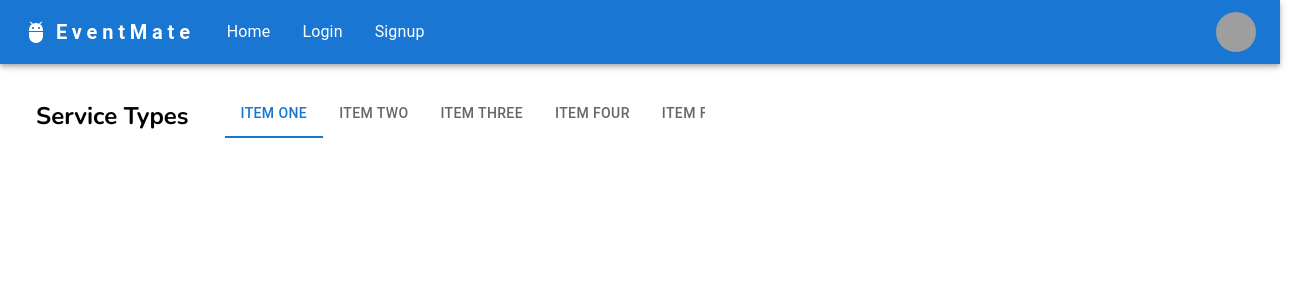
Repository: Farida-Yeasmin-Mim/EventMate_Frontend
Page: /filterpage
The author's editor kept a copy of each file at every save. The page is drawn from the files as they stood at one save, then again after the next save.
The browser window is 1280 px wide. The page is 1296 px wide, so the pictures cover 1296 px, including what lies to the right of the window. The pictures show the whole page.
Pictures or frames that could not be fetched are drawn as grey boxes. The page's requests for data from a server got no answer. The project was rebuilt for these pictures with package versions that can differ from the ones it lists, and the page was loaded fresh each time. No one was signed in, and anything a server would have sent is missing. Also part of the build but not shown: src/components/PostRequest.js, src/pages/auth/Login.js, src/components/seletionTextField/selectGender.js, src/pages/auth/Signup.js, src/components/vendor/RegVendor.js, src/components/offer.js, src/components/productcategories.js, src/components/icontabs.js and 15 more.

Above is the page before, as saved 2022-08-16 17:49:40.

### public/index.html
<!DOCTYPE html>
<html lang="en">
  <head>
    <meta charset="utf-8" />
    <link rel="icon" href="%PUBLIC_URL%/favicon.ico" />
    <meta name="viewport" content="width=device-width, initial-scale=1" />
    <meta name="theme-color" content="#000000" />
    <meta
      name="description"
      content="Web site created using create-react-app"
    />
    <link rel="apple-touch-icon" href="%PUBLIC_URL%/logo192.png" />

    <link href="https://fonts.googleapis.com/css2?family=Nunito:ital,wght@0,200;0,300;0,400;0,500;0,600;0,700;0,800;0,900;1,200;1,300;1,400;1,500;1,600;1,700;1,900&family=Raleway:ital,wght@0,100;0,200;0,300;0,400;0,500;0,600;0,700;0,800;0,900;1,100;1,200;1,300;1,400;1,500;1,600;1,700;1,800;1,900&display=swap"
    rel="stylesheet">

    <style>
      * {
        font-family: 'Nunito', sans-serif;
        margin: 0;
      }
    </style>

    <link rel="manifest" href="%PUBLIC_URL%/manifest.json" />

    <title>EventMate</title>
  </head>
  <body>
    <noscript>You need to enable JavaScript to run this app.</noscript>
    <div id="root"></div>

  </body>
</html>

### src/index.js
import React from 'react';
import ReactDOM from 'react-dom/client';
import './index.css';
import App from './App';
import reportWebVitals from './reportWebVitals';
import axios from 'axios';
import Context from './components/context/Context';

axios.defaults.baseURL = 'http://127.0.0.1:8000/api/'
// axios.defaults.baseURL = 'https://guarded-beach-16980.herokuapp.com/api/'
axios.defaults.headers.common['Authorization'] = 'Bearer ' + localStorage.getItem('token')

const root = ReactDOM.createRoot(document.getElementById('root'));
root.render(
  <React.StrictMode>
    <Context>
      <App />
    </Context>
  {/* <App/> */}
  </React.StrictMode>

);

// If you want to start measuring performance in your app, pass a function
// to log results (for example: reportWebVitals(console.log))
// or send to an analytics endpoint. Learn more: https://bit.ly/CRA-vitals
reportWebVitals();

### src/App.js
//import logo from './logo.svg';
import './App.css';
import Login from './pages/auth/Login';
import Signup from './pages/auth/Signup';
import Registration from './components/vendor/RegVendor';
import Offer from './components/Offer';
import ProductCategories from './components/productcategories';
import IconTabs from './components/icontabs';
//import DecorationCard from './components/cards/decoration';
import Services from './components/services';
import AddDecorationsForm from './pages/services/addDecorationsForm';
//import Home from './pages/Home';
import Navbar from './components/Navbar';
import Feed from './components/feed/Feed';
import Dashboard from './components/vendor/Dashboard';
import CreateEvent from './components/event/CreateEvent';
import OrderDetails from './components/event/OrderDetails';
import AppRouter from './components/AppRouter';
import FilterPage from './components/event/filter/FilterPage';
import Notification from './components/Notification';
import SearchBar from './components/event/filter/SearchBar';




function App() {
  return (
    <div className="App">
      {/*



      <Services></Services>
      <Offer></Offer>

      <Login></Login>
      <Signup></Signup>
      <Registration></Registration>
      <AddDecorationsForm></AddDecorationsForm> */}



    {/* <DecorationCard></DecorationCard>  */}
    {/* <ProductCategories></ProductCategories> */}
    {/* <Navbar/>   */}
    {/* <Home/> */}
    {/* <Feed/> */}
    {/* <Dashboard/> */}
    {/* <CreateEvent/> */}
    {/* <OrderDetails/> */}
    {/* <Home/> */}
    {/* <SearchBar/> */}

      {/* <AppRouter /> */}
      {/* */}
      {/* <IconTabs/> */}

      <Notification/>
      <AppRouter/>
      {/* <Home/>  */}
     {/* <FilterPage/> */}

    </div>
  );
}

export default App;

### src/components/context/Context.js
import React, { createContext, useContext, useReducer  } from 'react';
import { faker } from '@faker-js/faker';
import { cartReducer } from './Reducers';
import { dataList } from '../event/filter/constants';

const Cart = createContext();

function Context({children}) {
    // const products = [...Array(20)].map(() => ({
    //     id: faker.datatype.uuid(),
    //     name: faker.commerce.productName(),
    //     price: faker.commerce.price(),
    //     image: faker.image.fashion(),
    //     inStock: faker.helpers.arrayElement([0, 3, 5, 6, 7]),
    //     fastDelivery: faker.datatype.boolean(),
    //     ratings: faker.helpers.arrayElement([1, 2, 3, 4, 5]),
    //   }));
    const products = [...dataList];

      // console.log(products);
      const [state, dispatch] = useReducer(cartReducer, {
        products: products,
        cart: [],
      });


      return (
        <Cart.Provider value={{ state, dispatch }}>
          {children}
        </Cart.Provider>
      );
};

export const CartState = () => {
  return useContext(Cart);
};

export default Context;

### src/App.css
@import url('https://fonts.googleapis.com/css2?family=Raleway:ital,wght@0,100;0,200;0,300;0,400;0,500;0,600;0,700;0,800;0,900;1,100;1,200;1,300;1,400;1,500;1,600;1,700;1,800;1,900&display=swap');


*,
*::after,
*::before{
  margin: 0;
}

body{
  font-family: 'Raleway', sans-serif;
}

input{
  font-family: 'Raleway', sans-serif;
}

/* Chrome Safari and Opera */
/* scrollbar handle */
::-webkit-scrollbar{
  display: none;
}

body{
  -ms-overflow-style: none;   /*work on internet explorer and Edge*/
  scrollbar-width: none;      /*work on Firefox*/
}


.App-logo {
  height: 40vmin;
  pointer-events: none;
}

@media (prefers-reduced-motion: no-preference) {
  .App-logo {
    animation: App-logo-spin infinite 20s linear;
  }
}

.App-header {
  background-color: #282c34;
  min-height: 100vh;
  display: flex;
  flex-direction: column;
  align-items: center;
  justify-content: center;
  font-size: calc(10px + 2vmin);
  color: white;
}

.App-link {
  color: #61dafb;
}

@keyframes App-logo-spin {
  from {
    transform: rotate(0deg);
  }
  to {
    transform: rotate(360deg);
  }
}

### src/components/Navbar.js
import * as React from 'react';
import AppBar from '@mui/material/AppBar';
import Box from '@mui/material/Box';
import Toolbar from '@mui/material/Toolbar';
import IconButton from '@mui/material/IconButton';
import Typography from '@mui/material/Typography';
import Menu from '@mui/material/Menu';
import MenuIcon from '@mui/icons-material/Menu';
import Container from '@mui/material/Container';
import Avatar from '@mui/material/Avatar';
import Button from '@mui/material/Button';
import Tooltip from '@mui/material/Tooltip';
import MenuItem from '@mui/material/MenuItem';
import AdbIcon from '@mui/icons-material/Adb';
import { Link } from "react-router-dom";


// const pages = ['Home', 'About', 'Services', 'Contact Us', 'LogIn', 'SignUp'];
const settings = ['Profile', 'Account', 'Dashboard', 'Logout'];

const Navbar = () => {
  const [anchorElNav, setAnchorElNav] = React.useState(null);
  const [anchorElUser, setAnchorElUser] = React.useState(null);

  const handleOpenNavMenu = (event) => {
    setAnchorElNav(event.currentTarget);
  };
  const handleOpenUserMenu = (event) => {
    setAnchorElUser(event.currentTarget);
  };

  const handleCloseNavMenu = () => {
    setAnchorElNav(null);
  };

  const handleCloseUserMenu = () => {
    setAnchorElUser(null);
  };

  return (
    <AppBar position="static">
      <Container maxWidth="xl">
        <Toolbar disableGutters>
          <AdbIcon sx={{ display: { xs: 'none', md: 'flex' }, mr: 1 }} />


          {/* For Left side EventMate design */}
          <Typography
            variant="h6"
            noWrap
            component="a"
            href="/"
            sx={{
              mr: 2,
              display: { xs: 'none', md: 'flex' },
              fontWeight: 700,
              letterSpacing: '.3rem',
              color: 'inherit',
              textDecoration: 'none',
            }}
          >
            EventMate
          </Typography>

          <Box sx={{ flexGrow: 1, display: { xs: 'flex', md: 'none' } }}>
            <IconButton
              size="large"
              aria-label="account of current user"
              aria-controls="menu-appbar"
              aria-haspopup="true"
              onClick={handleOpenNavMenu}
              color='inherit'
            >
              <MenuIcon />
            </IconButton>


            <Menu
              id="menu-appbar"
              anchorEl={anchorElNav}
              anchorOrigin={{
                vertical: 'bottom',
                horizontal: 'left',
              }}
              keepMounted
              transformOrigin={{
                vertical: 'top',
                horizontal: 'left',
              }}
              open={Boolean(anchorElNav)}
              onClose={handleCloseNavMenu}
              sx={{
                display: { xs: 'block', md: 'none' },
              }}
            >

              {/* pages function for left bar */}
              {/* {pages.map((page) => (
                <MenuItem key={page} onClick={handleCloseNavMenu}>
                  <Typography textAlign="center">{page}</Typography>

                </MenuItem>
              ))} */}
              {/* <MenuItem><Link to="/">Home</Link></MenuItem>
              <MenuItem><Link to="/login">Login</Link></MenuItem>
              <MenuItem><Link to="/signup">Signup</Link></MenuItem> */}

            </Menu>
          </Box>


          {/* <AdbIcon sx={{ display: { xs: 'flex', md: 'none' }, mr: 1 }} />
          <Typography
            variant="h5"
            noWrap
            component="a"
            href=""
            sx={{
              mr: 2,
              display: { xs: 'flex', md: 'none' },
              flexGrow: 1,
              fontFamily: 'monospace',
              fontWeight: 700,
              letterSpacing: '.3rem',
              color: 'white',
              textDecoration: 'none',
            }}
          >
            EventMate
          </Typography> */}




           {/* left side pages button design */}
          {/* <Box sx={{ flexGrow: 1, display: { xs: 'none', md: 'flex' } }}>
            {pages.map((page) => (
              <Button
                key={page}
                onClick={handleCloseNavMenu}
                sx={{ my: 2, color: 'white', display: 'block' }}
              >
                {page}
              </Button>
            ))}
          </Box> */}
          {/* <Box sx={{ flexGrow: 1, display: { xs: 'none', md: 'flex' } }}>
              <Button
                key={page}
                onClick={handleCloseNavMenu}
                sx={{ my: 2, color: 'white', display: 'block' }}
              >


              </Button>
          </Box> */}

          <Box sx={{ flexGrow: 1, display: { xs: 'none', md: 'flex' } }}>
              <Link to="/" style={{ textDecoration: 'none', color: 'white', display: 'block', my: 2 }} ><MenuItem> Home</MenuItem></Link>
              <Link to="/login" style={{ textDecoration: 'none', color: 'white', display: 'block', my: 2 }}><MenuItem>Login</MenuItem></Link>
              <Link to="/signup" style={{ textDecoration: 'none', color: 'white', display: 'block', my: 2 }}><MenuItem>Signup</MenuItem></Link>
          </Box>



           {/* right side iconbar design*/}
          <Box sx={{ flexGrow: 0 }}>
            <Tooltip title="Open settings">
              <IconButton onClick={handleOpenUserMenu} sx={{ p: 0 }}>
                <Avatar alt="Remy Sharp" src="https://avatars.githubusercontent.com/u/76836136?s=400&u=6b029a033204aea30687591bedb424dcbfbea46a&v=4" />
              </IconButton>
            </Tooltip>


            <Menu
              sx={{ mt: '45px' }}
              id="menu-appbar"
              anchorEl={anchorElUser}
              anchorOrigin={{
                vertical: 'top',
                horizontal: 'right',
              }}
              keepMounted
              transformOrigin={{
                vertical: 'top',
                horizontal: 'right',
              }}
              open={Boolean(anchorElUser)}
              onClose={handleCloseUserMenu}
            >

              {/* settings function for right iconbar */}
              {/* {settings.map((setting) => (
                <MenuItem key={setting} onClick={handleCloseUserMenu}>
                  <Typography textAlign="center">{setting}</Typography>
                </MenuItem>
              ))} */}
              <Link to="/logout" style={{ textDecoration: 'none', color: 'gray', display: 'block', my: 2 }}><MenuItem><Typography textAlign="center">Logout</Typography></MenuItem></Link>

            </Menu>
          </Box>


        </Toolbar>
      </Container>
    </AppBar>
  );
};
export default Navbar;

### src/components/AppRouter.js
import React from 'react';
import { BrowserRouter as Router, Routes, Route } from "react-router-dom";
import Login from '../pages/auth/Login';
import Logout from '../pages/auth/Logout';
import Signup from '../pages/auth/Signup';
import Home from '../pages/Home';
import CreateEvent from './event/CreateEvent';
import OrderDetails from './event/OrderDetails';
import SelectServices from './event/SelectServices';
import Feed from './feed/Feed';
import Navbar from './Navbar';
import Dashboard from './vendor/Dashboard';
import Vendor_reg from './vendor/RegVendor';
import Offer from './Offer';
import ProductCategories from './productcategories';
import AddDecorationsForm from '../pages/services/addDecorationsForm';
import FilterPage from './event/filter/FilterPage';



function AppRouter(props) {
    return (
        <Router>

            <Navbar />
            <Routes>
                <Route path="/" exact element={<Home/>} />
                <Route path="/login" element={<Login/>} />
                <Route path="/logout" element={<Logout/>} />
                <Route path="/signup" element={<Signup/>} />
                <Route path="/feed" element={<Feed/>} />
                <Route path="/vendor_reg" element={<Vendor_reg/>} />
                <Route path="/vendor_dashboard" element={<Dashboard/>} />
                <Route path="/event_create" element={<CreateEvent/>} />
                <Route path="/productcategories" element={<ProductCategories/>} />
                <Route path="/select_services" element={<SelectServices/>} />
                <Route path="/Order_details" element={<OrderDetails/>} />
                <Route path="/Offer" element={<Offer/>} />
                <Route path="/addDecorationsForm" element={<AddDecorationsForm/>} />
                <Route path="/filterpage" element={<FilterPage/>} />

                {/* path="file name" element="file function" */}


            </Routes>

      </Router>
    );
}

export default AppRouter;

### src/components/event/filter/FilterPage.js
// import * as React from 'react';
// import Box from '@mui/material/Box';
// import Tab from '@mui/material/Tab';
// import TabContext from '@mui/lab/TabContext';
// import TabList from '@mui/lab/TabList';
// import TabPanel from '@mui/lab/TabPanel';

// export default function LabTabs() {
//     const [value, setValue] = React.useState('1');

//     const handleChange = (event, newValue) => {
//         setValue(newValue);
//     };

//     return (
//         <Box sx={{ width: '100%', typography: 'body1' }}>
//             <TabContext value={value}>
//                 <Box sx={{ borderBottom: 1, borderColor: 'divider' }}>
//                     <TabList onChange={handleChange} aria-label="lab API tabs example">
//                         <Tab label="Item One" value="1" />
//                         <Tab label="Item Two" value="2" />
//                         <Tab label="Item Three" value="3" />
//                     </TabList>
//                 </Box>
//                 <TabPanel value="1">Item One</TabPanel>
//                 <TabPanel value="2">Item Two</TabPanel>
//                 <TabPanel value="3">Item Three</TabPanel>
//             </TabContext>
//         </Box>
//     );
// }
import * as React from 'react';
import Tabs from '@mui/material/Tabs';
import Tab from '@mui/material/Tab';
import Box from '@mui/material/Box';
import { Grid } from '@mui/material';

export default function ScrollableTabsButtonAuto() {
    const [value, setValue] = React.useState(0);

    const handleChange = (event, newValue) => {
        setValue(newValue);
    };

    return (
        <Grid container spacing={2} style={{ background: '#fff', margin: '10px 0' }}>
            <Grid item>
                <h2 style={{ color: "#000", textAlign: "center", padding: "10px 20px", background: '#fff' }}>Service Types</h2>

            </Grid>
            <Grid item>

                <Box sx={{ maxWidth: { xs: 320, sm: 480 }, bgcolor: 'background.paper' }}>
                    <Tabs
                        value={value}
                        onChange={handleChange}
                        variant="scrollable"
                        scrollButtons="auto"
                        aria-label="scrollable auto tabs example"
                    >
                        <Tab label="Item One" />
                        <Tab label="Item Two" />
                        <Tab label="Item Three" />
                        <Tab label="Item Four" />
                        <Tab label="Item Five" />
                        <Tab label="Item Six" />
                        <Tab label="Item Seven" />
                    </Tabs>
                </Box>
            </Grid>

        </Grid>

    );
}

### src/components/Notification.js
import React from 'react';
import Pusher from "pusher-js"
import Echo from 'laravel-echo';

function Notification(props) {

    const options = {
        broadcaster: 'pusher',
        // key: config.pusher.key,
        key: "5b9c0add29710ce63a0d",
        cluster: "ap2",
        forceTLS: "false",
        //authEndpoint is your apiUrl + /broadcasting/auth
        authEndpoint: "http://127.0.0.1:8000/broadcasting/auth",
        // As I'm using JWT tokens, I need to manually set up the headers.
        auth: {
          headers: {
            Authorization: 'Bearer ' + localStorage.getItem('token'),
            Accept: 'application/json',
          },
        },
      };
    const userId = 2;
    const echo = new Echo(options);
    echo.private(`App.User.${userId}`).notification((data) => {
        console.log(data.comment.body);
        window.alert(data.comment.body);
    });
    return (
        <div>

        </div>
    );
}

export default Notification;

### src/components/context/Reducers.js
export const cartReducer = (state, action) => {

    switch (action.type) {
      case "ADD_TO_CART":
        return { ...state, cart: [...state.cart, { ...action.payload, qty: 1 }] };
      case "REMOVE_FROM_CART":
        return {
          ...state,
          cart: state.cart.filter((c) => c.id !== action.payload.id),
        };
      // case "CHANGE_CART_QTY":
      //   return {
      //     ...state,
      //     cart: state.cart.filter((c) =>
      //       c.id === action.payload.id ? (c.qty = action.payload.qty) : c.qty
      //     ),
      //   };
      default:
        return state;
    }
  };

### src/components/event/filter/constants.js
import nacho from "./images/dishes/nacho-burger.jpg";


// For Category List
export const categoryList = [
    {
      id: 1,
      value: 'decoration',
      label: '💫 Decoration',
    },

    {
      id: 2,
      value: 'catering',
      label: '🍕 Catering',
    },
  ];

  // For Rating List
  export const ratingList = [
    {
      id: 1,
      value: '1',
      label: '1🌟',
    },
    {
      id: 2,
      value: '2',
      label: '2🌟',
    },
    {
      id: 3,
      value: '3',
      label: '3🌟',
    },
    {
      id: 4,
      value: '4',
      label: '4🌟',
    },
    {
      id: 5,
      value: '5',
      label: '5🌟',
    },
  ];


  // For side List
  export const dataList = [

    /*For Decoration*/
    {
      id: 1,
      title: 'Wedding Decoration 1',
      serviceTime: '7 days',
      deliveryFee: 3.44,
      category: 'decoration',
      decoration: 'Wedding',
      rating: 5,
      price: 2500,
      coverSrc: nacho,
    },
    {
      id: 2,
      title: 'Birthday Decoration 1',
      serviceTime: '15-20min',
      deliveryFee: 4.94,
      category: 'decoration',
      decoration: 'Birthday',
      rating: 4,
      price: 1000,
      coverSrc: 'https://m.media-amazon.com/images/I/81nU6clDgEL.jpg',
    },
    {
      id: 3,
      title: 'chow',
      serviceTime: '30-22min',
      deliveryFee: 4.94,
      category: 'decoration',
      decoration: 'Proposal',
      rating: 3,
      price: 2000,
      coverSrc: 'https://img.freepik.com/free-vector/night-ocean-landscape-full-moon-stars-shine_107791-7397.jpg?w=2000',
    },
    {
      id: 4,
      title: 'wharf seafood',
      serviceTime: '10-18min',
      deliveryFee: 2.14,
      category: 'decoration',
      decoration: 'Wedding',
      rating: 1,
      price: 1800,
      coverSrc: '/images/places/sea.jpg',
    },
    {
      id: 5,
      title: 'Tossin',
      serviceTime: '25-30min',
      deliveryFee: 6.79,
      category: 'decoration',
      decoration: 'Proposal',
      rating: 5,
      price: 2000,
      coverSrc: '/images/places/italiian.jpg',
    },
    {
      id: 6,
      title: 'stories noodles',
      serviceTime: '5-15min',
      deliveryFee: 2.87,
      category: 'decoration',
      decoration: 'Birthday',
      rating: 5,
      price: 3500,
      coverSrc: '/images/places/fookyew2.jpg',
    },

    /*For Catering*/
    {
      id: 7,
      title: 'Nacho cheeseburger',
      serviceTime: '50-65min',
      deliveryFee: 8.5,
      category: 'catering',
      decoration: 'american',
      rating: 2,
      price: 2200,
      coverSrc: '../filter/images/dishes/nacho-burger.jpg',
      // /images/dishes/nacho-burger.jpg
    },
    {
      id: 8,
      title: 'Mushroom Risotto',
      serviceTime: '10-15min',
      deliveryFee: 1.8,
      category: 'catering',
      decoration: 'italian',
      rating: 1,
      price: 1900,
      coverSrc: '/images/dishes/Mushroom-Risotto-Recipe-1-1200.jpg',
    },
    {
      id: 9,
      title: 'Shitake Fried Rice',
      serviceTime: '12-18min',
      deliveryFee: 3.33,
      category: 'catering',
      decoration: 'chinese',
      rating: 4,
      price: 2750,
      coverSrc: '/images/dishes/shiitake-salmon-fried-rice-0218-103230720.jpg',
    },
    {
      id: 10,
      title: 'Pesto chicken stew',
      serviceTime: '30-38min',
      deliveryFee: 1.9,
      category: 'catering',
      decoration: 'american',
      rating: 2,
      price: 4350,
      coverSrc: '/images/dishes/pesto-chicken.jpg',
    },
    {
      id: 11,
      title: 'Bruschetta',
      serviceTime: '16-20min',
      deliveryFee: 4.1,
      category: 'catering',
      decoration: 'italian',
      rating: 3,
      price: 3300,
      coverSrc: '/images/dishes/as-tomato-bruschetta-articleLarge.jpg',
    },
    {
      id: 12,
      title: 'Dim Sums',
      serviceTime: '24-30min',
      deliveryFee: 1.5,
      category: 'catering',
      decoration: 'chinese',
      rating: 2,
      price: 4100,
      coverSrc: '/images/dishes/dimsums.jpg',
    },
  ];

Loaded but not shown: src/index.css (common file); src/reportWebVitals.js (common file)

After the next save:
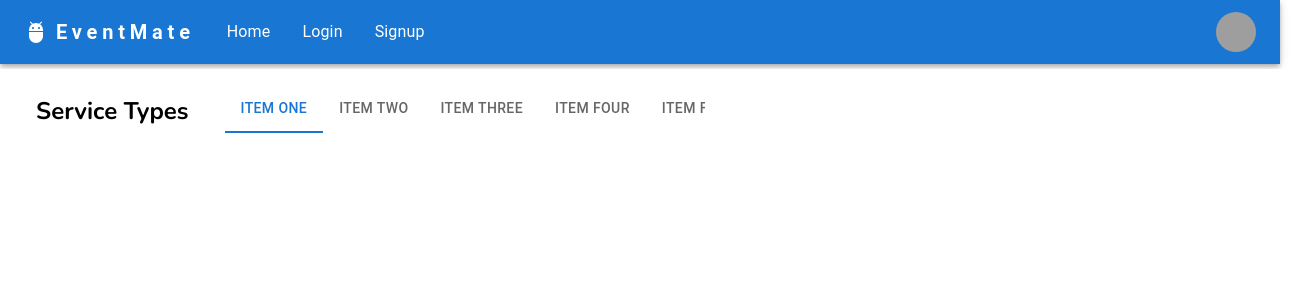
Saved 14 s later.
--- a/src/components/event/filter/FilterPage.js
+++ b/src/components/event/filter/FilterPage.js
@@ -43,7 +43,7 @@ export default function ScrollableTabsButtonAuto() {
     };
 
     return (
-        <Grid container spacing={2} style={{ background: '#fff', margin: '10px 0' }}>
+        <Grid container spacing={2} style={{ background: '#fff', margin: '5px 0' }}>
             <Grid item>
                 <h2 style={{ color: "#000", textAlign: "center", padding: "10px 20px", background: '#fff' }}>Service Types</h2>
 
